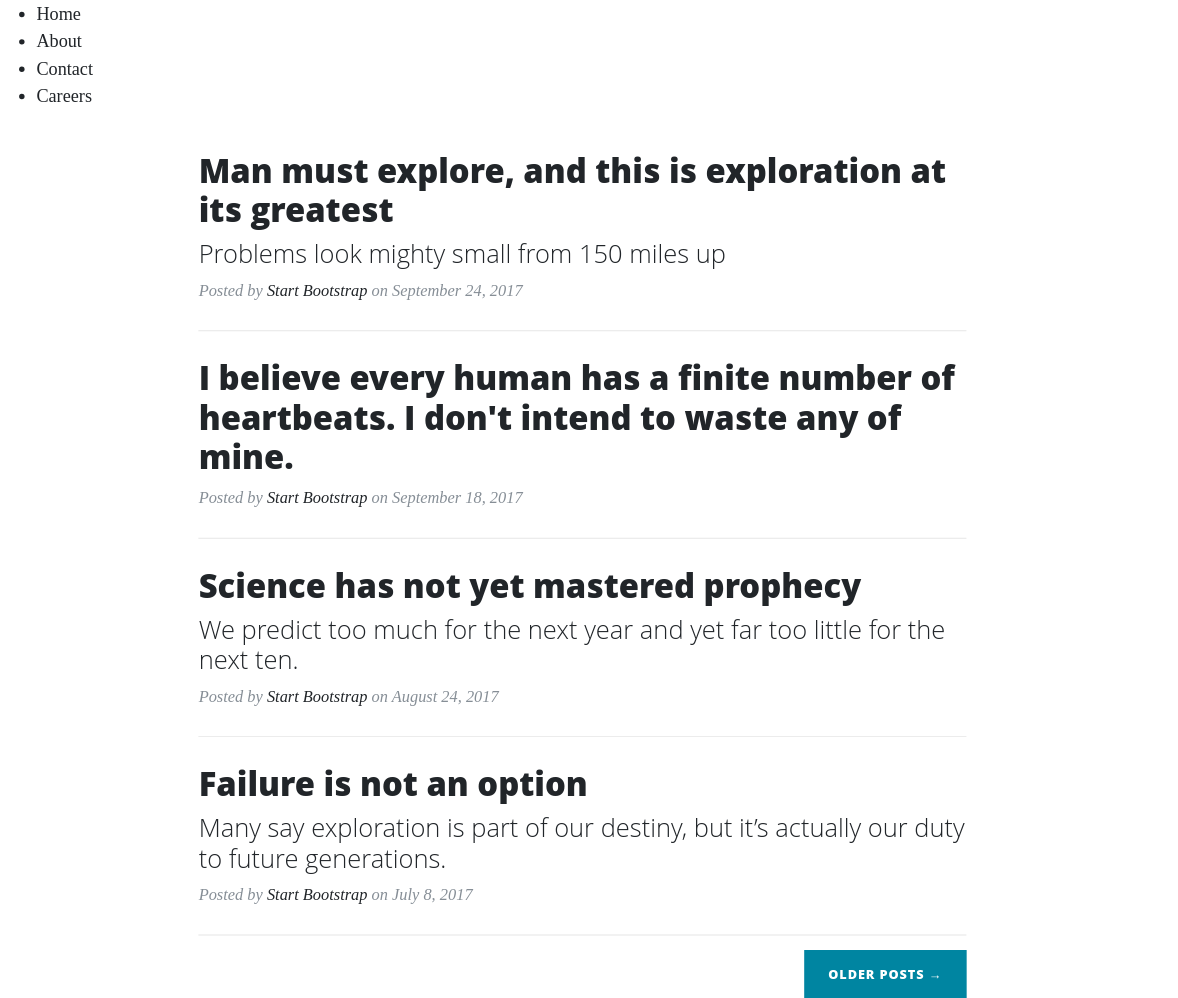
Repository: irinatu17/Flask
Page: http://localhost/
The author's editor kept a record of every edit. The page is drawn from the files as they stood at one moment, then again after the next edit.
The browser window is 1280 px wide. The page is 1295 px wide, then 1280 px, then 1295 px, so the pictures cover 1295 px, including what lies to the right of the window. The pictures show the whole page, at 91% of full size.
The page is served by the project's application, run on Flask 3 (run.py).

Above is the page before.

After the next edit:
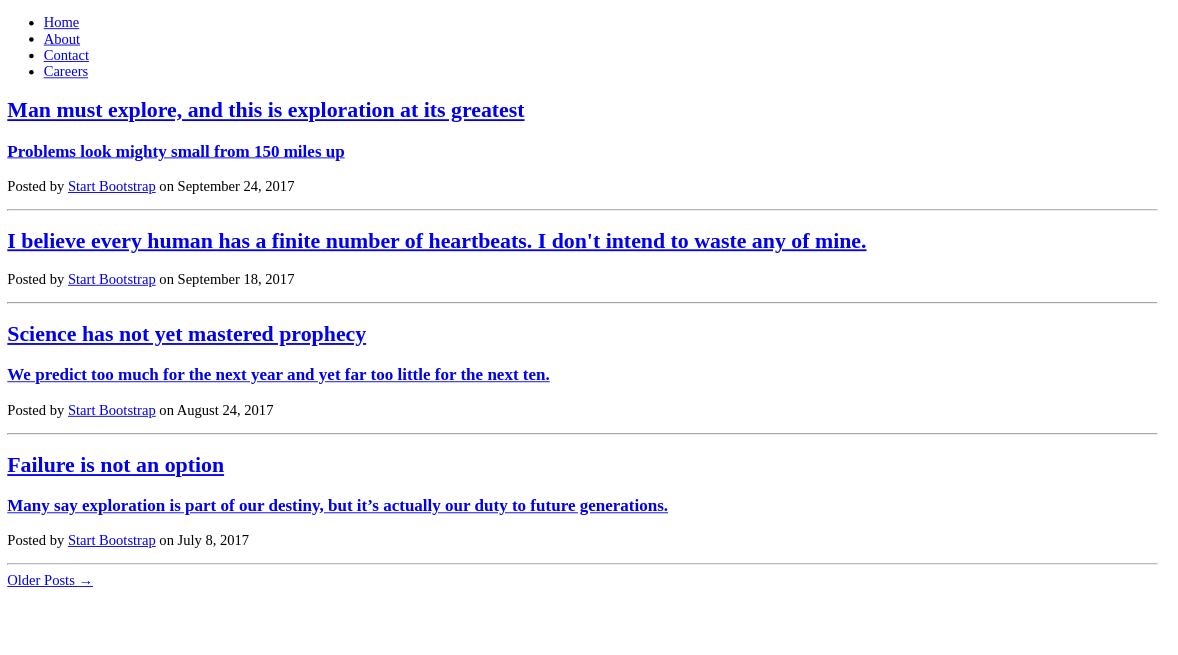
The edit:
--- a/templates/base.html
+++ b/templates/base.html
@@ -8,8 +8,6 @@
 
     <title>Hello Flask</title>
 
-    <link rel="stylesheet" href="{{ url_for('static', filename='vendor/bootstrap/css/bootstrap.min.css') }}" type="text/css" />
-    <link rel="stylesheet" href="{{ url_for('static', filename='css/clean-blog.min.css') }}" type="text/css" />
 
 </head>
 

After the edit that followed:
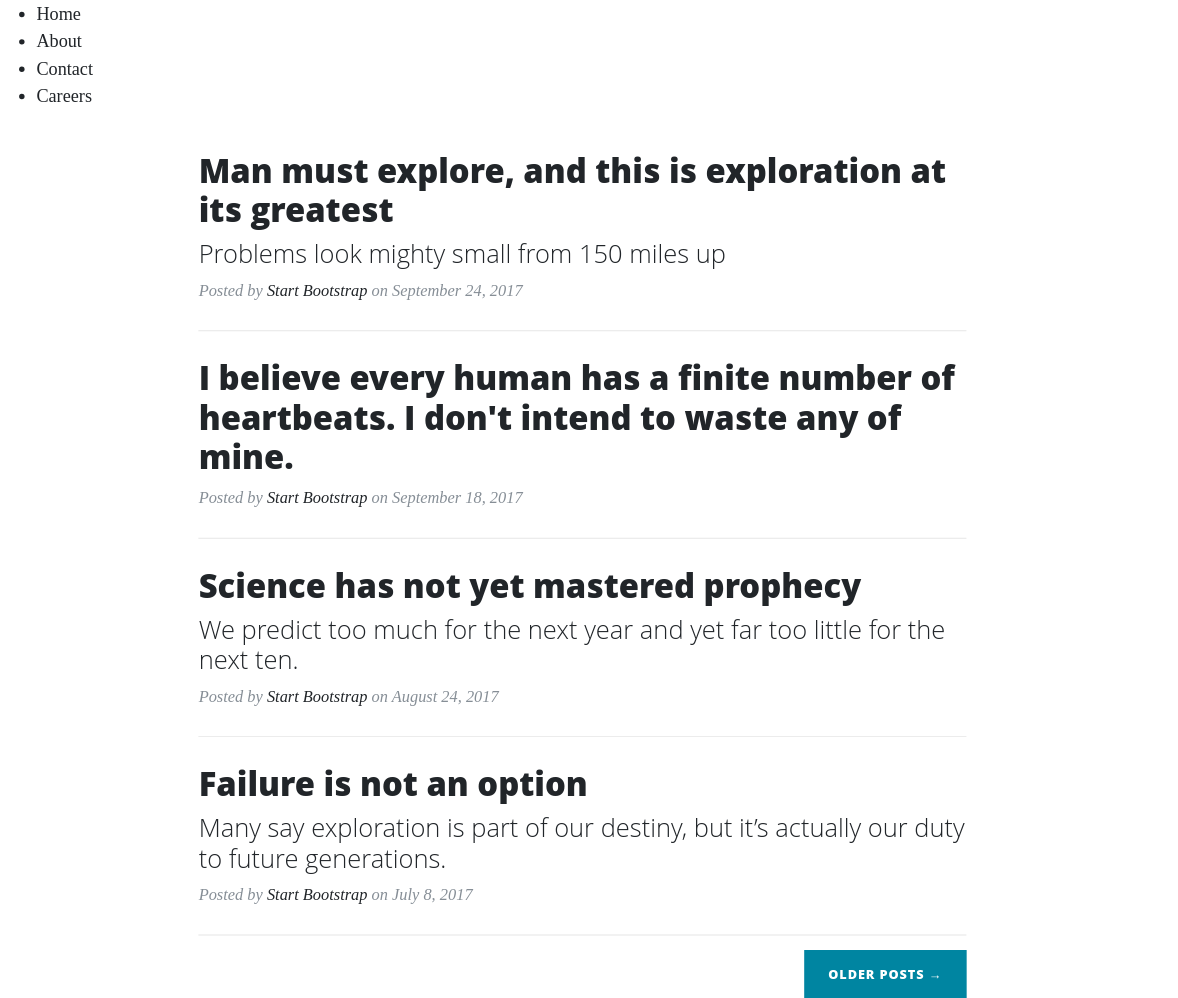
The edit:
--- a/templates/base.html
+++ b/templates/base.html
@@ -1,14 +1,14 @@
 <!DOCTYPE html>
 <html lang="en">
+
 <head>
     <meta charset="UTF-8">
     <meta name="viewport" content="width=device-width, initial-scale=1.0">
     <meta http-equiv="X-UA-Compatible" content="ie=edge">
-
+    <link rel="stylesheet" href="{{ url_for('static', filename='vendor/bootstrap/css/bootstrap.min.css') }}" type="text/css" />
+    <link rel="stylesheet" href="{{ url_for('static', filename='css/clean-blog.min.css') }}" type="text/css" />
 
     <title>Hello Flask</title>
-
-
 </head>
 
 <body>
